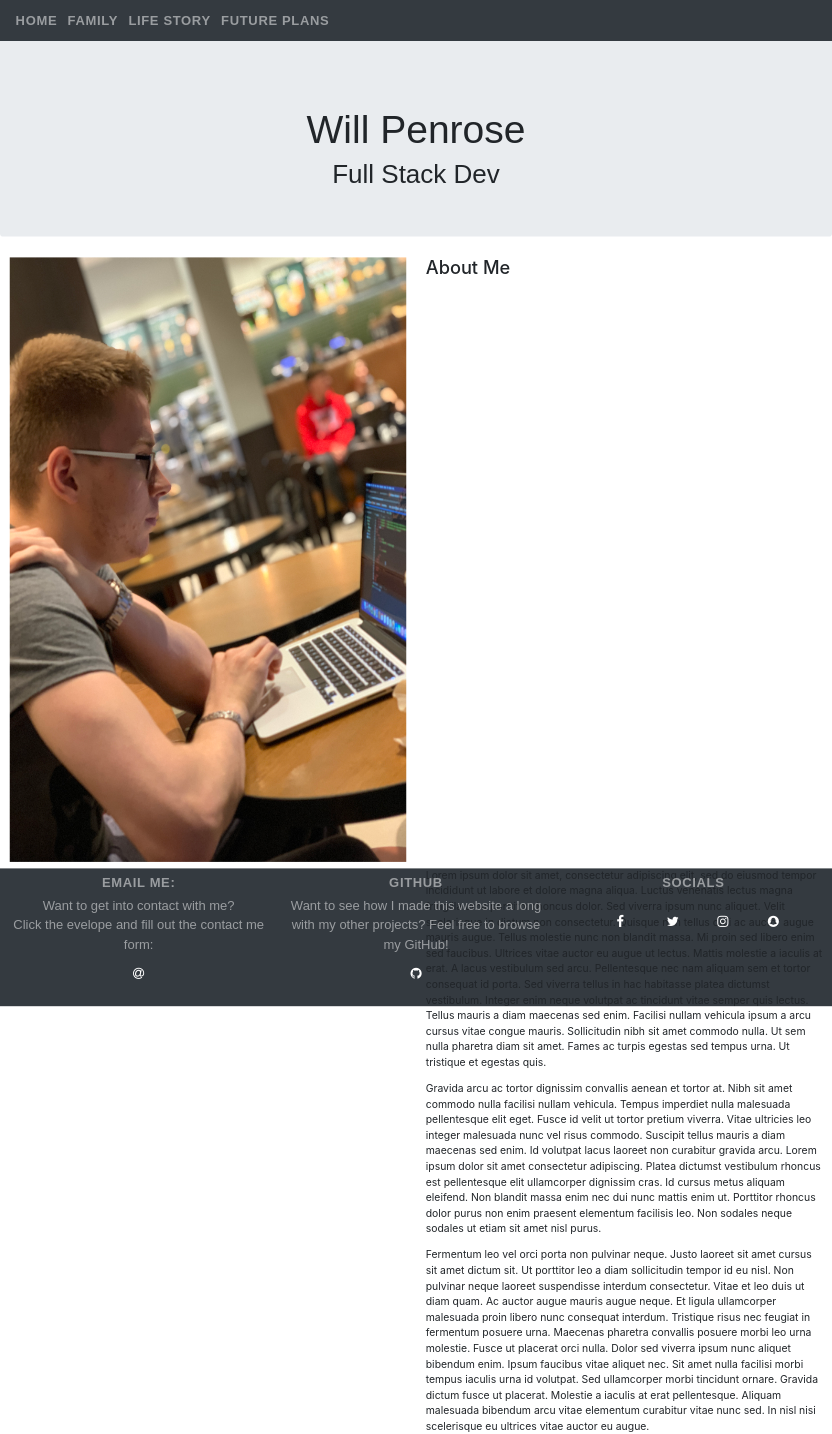
Repository: Code-Institute-Submissions/user-centric-frontend-dev-milestone-project
Page: index.html
The author's editor kept a record of every edit. The page is drawn from the files as they stood at one moment, then again after the next edit.
The browser window is 1280 px wide. The pictures show the whole page, at 65% of full size.
Some web fonts or font styles are not loaded; a fallback is used.

Above is the page before.

After the next edit:
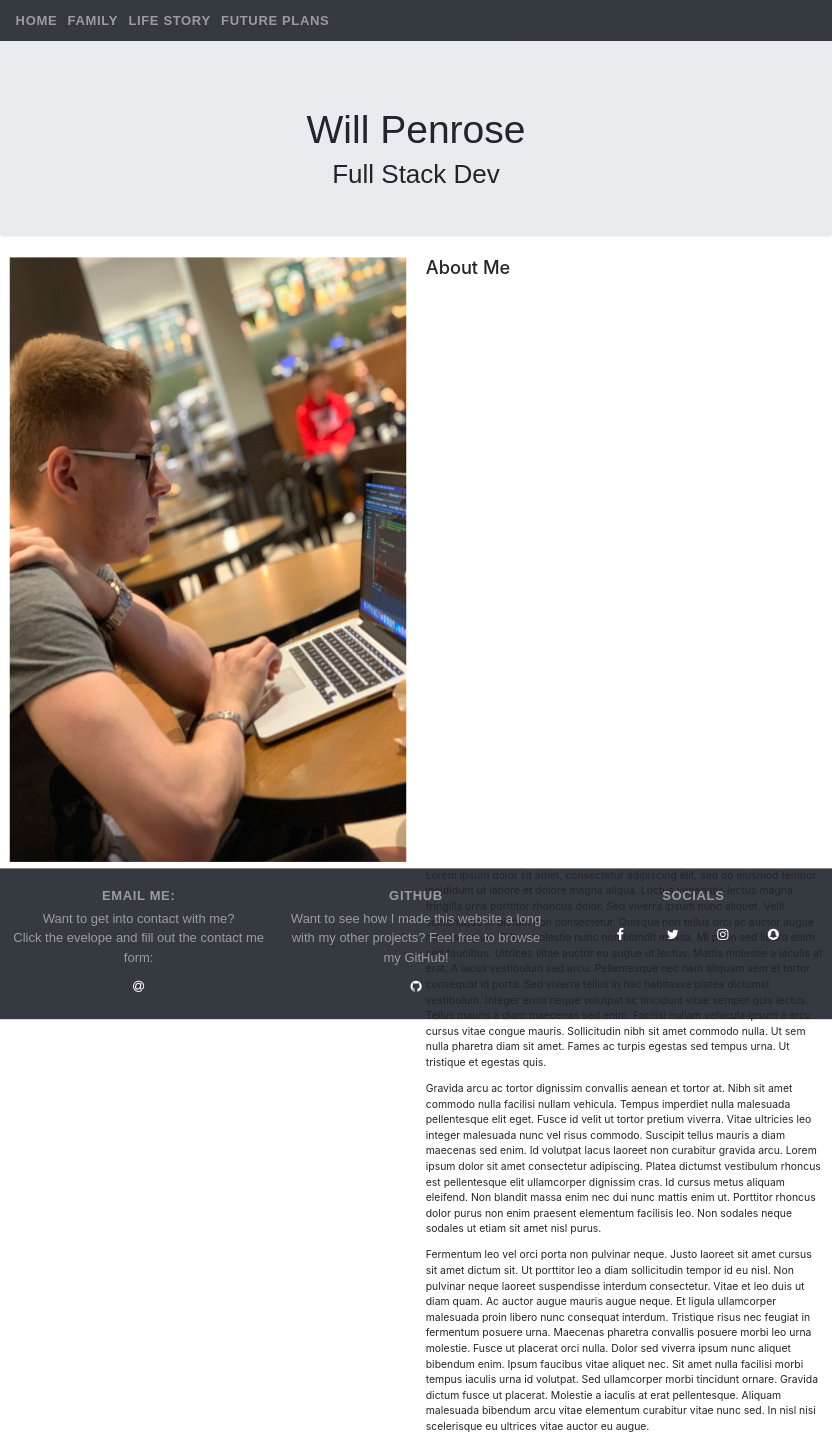
The edit:
--- a/assets/css/style.css
+++ b/assets/css/style.css
@@ -76,7 +76,7 @@
 }
 
 .footer-section {
-    padding-top: 10px;
+    padding-top: 30px;
     text-align: center;
     font-family: "Odibee Sans", sans-serif;
     letter-spacing: 1px;
